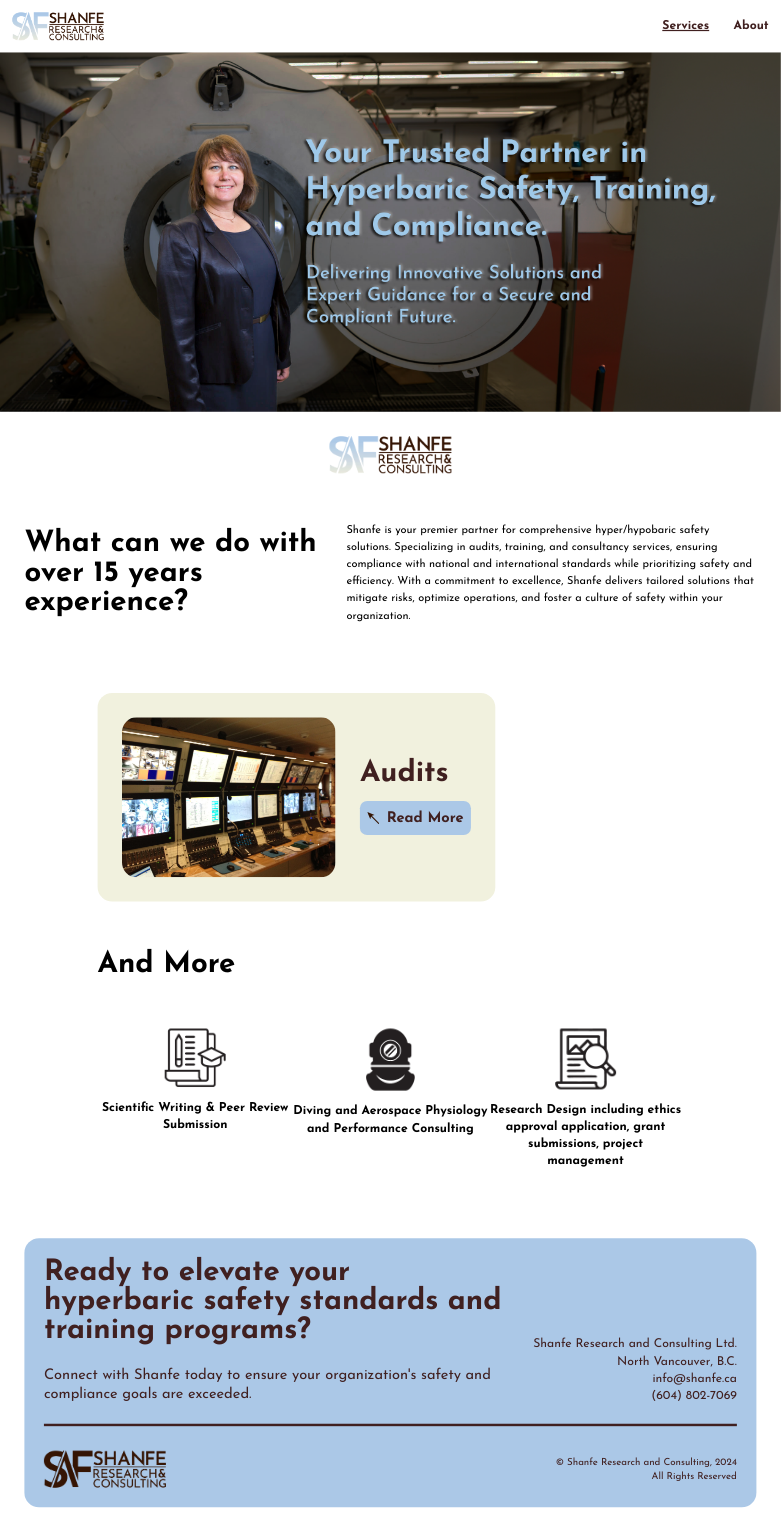
Repository: sierralaurent/shanfe_ca
Page: /
The author's editor kept a copy of each file at every save. The page is drawn from the files as they stood at one save, then again after the next save.
The browser window is 1280 px wide. The pictures show the whole page, at 61% of full size.
The project was rebuilt for these pictures with package versions that can differ from the ones it lists, and the page was loaded fresh each time. The framework's server and built-in components were replaced by stand-ins that run in the browser. Also part of the build but not shown: next.config.mjs.

Above is the page before, as saved 2024-03-19 22:27:41.

After the next save:
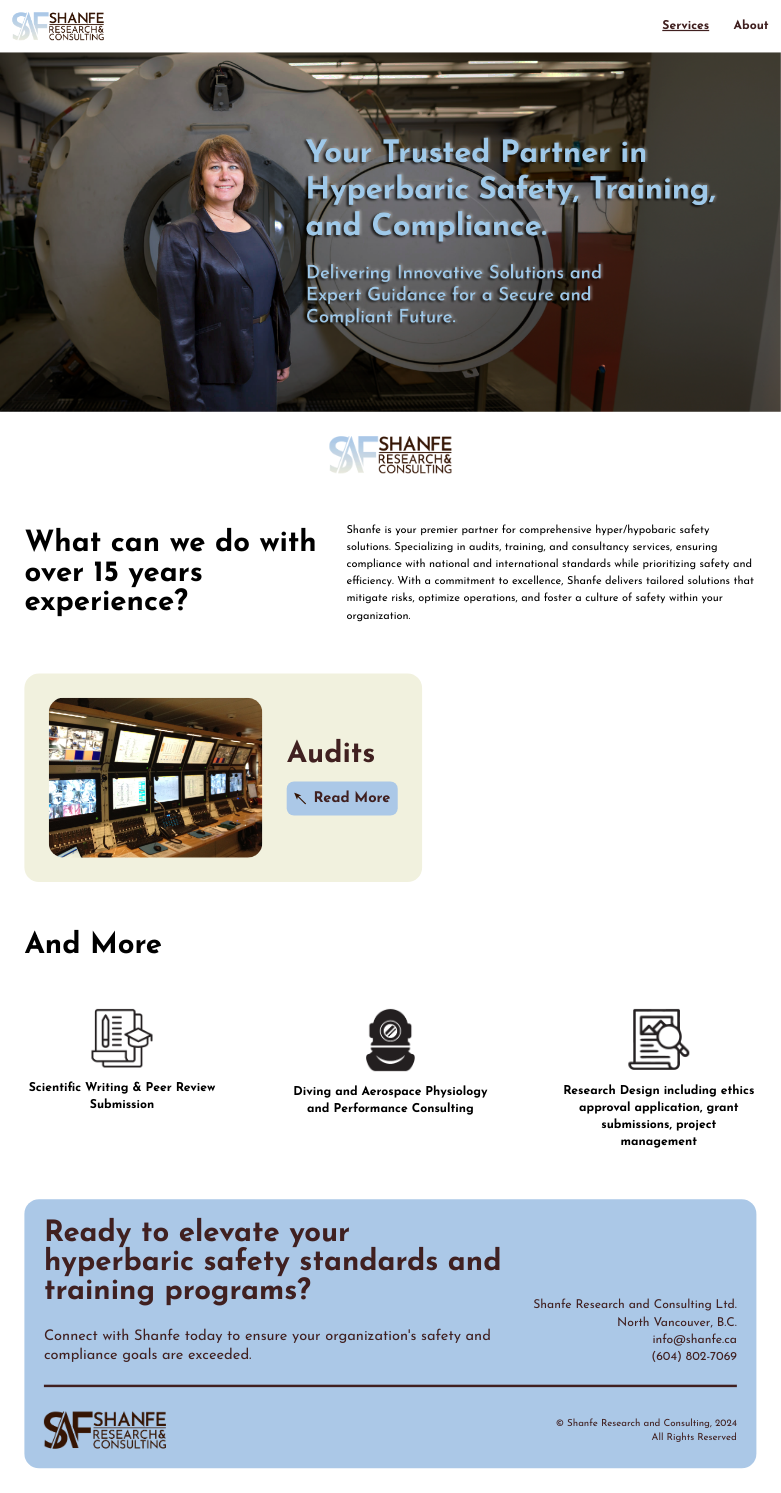
Saved 75 s later.
--- a/src/pages/index.tsx
+++ b/src/pages/index.tsx
@@ -40,11 +40,12 @@
           </div>
       </div>
 
-      <div className='max-w-7xl p-8 flex flex-col gap-20'>
+
       <div className='w-full flex flex-col items-start'>
       <Card />
       </div>
         <h1 className=" w-full flex flex-col items-start text-5xl font-bold">And More</h1>
+
         <div className="w-full flex flex-row justify-between">
           <div className="w-80 flex flex-col gap-5 items-center">
             <Image
@@ -74,7 +75,6 @@
               <h1 className="font-bold text-xl text-center">Research Design including ethics approval application, grant submissions, project management</h1>
           </div>
         </div>
-        </div>
       <Footer />
     </main>
     </>
